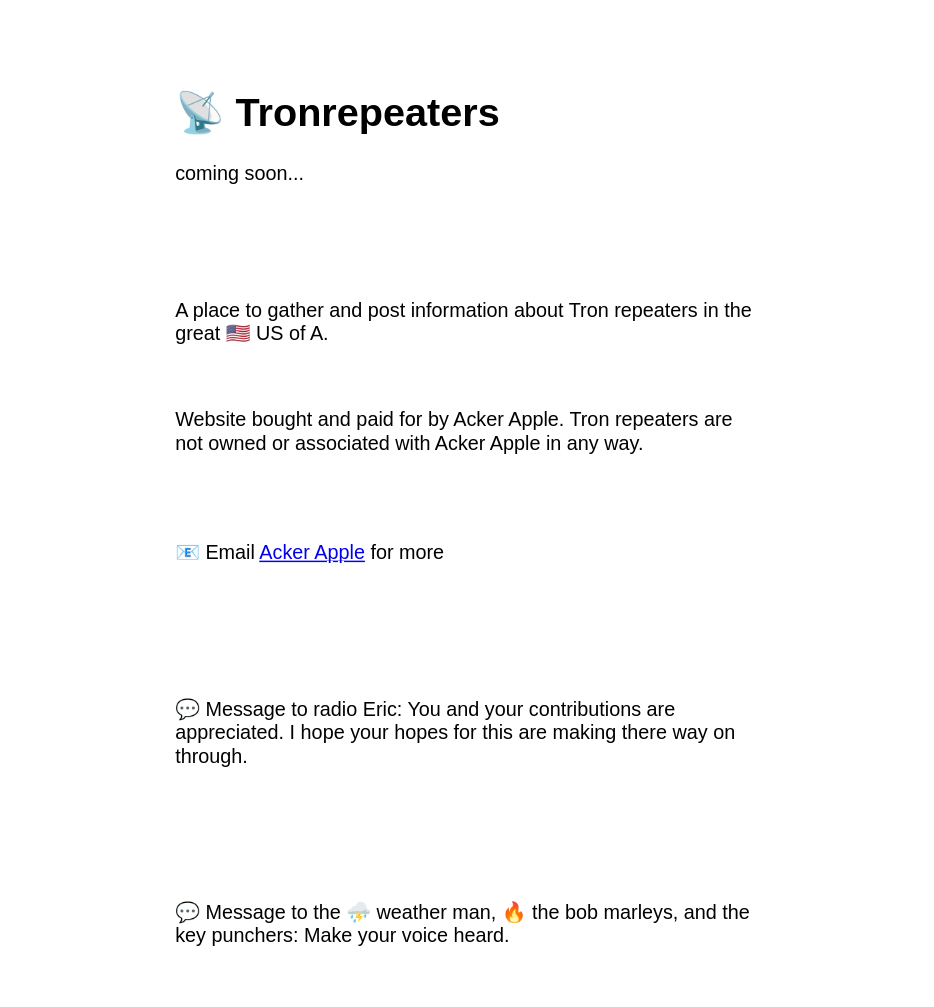
Repository: AckerApple/tronrepeaters
Page: index.html
The author's editor kept a copy of each file at every save. The page is drawn from the files as they stood at one save, then again after the next save.
The browser window is 1280 px wide. The pictures show the whole page, at 73% of full size.

Above is the page before, as saved 2025-01-15 13:54:16.

### index.html
<!DOCTYPE html>
<html lang="en">
<head>
  <title>App</title>
  <meta charset="UTF-8" />
  <meta name="viewport" content="viewport-fit=cover, width=device-width, initial-scale=1, maximum-scale=1, minimum-scale=1, user-scalable=0" />
  <meta name="apple-mobile-web-app-title" content="App" />
  <meta name="apple-mobile-web-app-capable" content="yes" />
  <meta name="apple-mobile-web-app-status-bar-style" content="black" />
  <!-- emoji as favicon -->
  <link rel="icon" href="data:[embedded picture, 141 characters]" />
  <style>
    * {box-sizing:border-box;}
    html, body{width:100%;height:100%;padding:0;margin:0;font-family: Arial, Helvetica, sans-serif;}
    html {scroll-behavior:smooth;font-size:calc(22px + .4vw);}
    input[type="checkbox"], input[type="radio"] {width:1em;height:1em;}
    select, textarea, button, input {padding:.5vw;border-radius:.5vw;font-size:.9em;}
    a, summary {cursor: pointer}
  </style>
</head>
<body>
  <noscript style="color:red">Javascript is required but is turned off on your device</noscript>
  <div style="display: flex;justify-content: center;">
    <div style="max-width: 800px;margin:2em;">
      <h1> 📡 Tronrepeaters</h1>
      <div>coming soon...</div>
      <br /><br /><br /><br />
      <p>A place to gather and post information about Tron repeaters in the great 🇺🇸 US of A.</p>
      <br />
      <p>Website bought and paid for by Acker Apple. Tron repeaters are not owned or associated with Acker Apple in any way.</p>
      <br /><br />
      <p>📧 Email <a href="mailto:me@ackerapple.com?subject=TronRepeaters">Acker Apple</a> for more</p>
      <br /><br /><br /><br />
      <p>💬 Message to radio Eric: You and your contributions are appreciated. I hope your hopes for this are making there way on through.</p>
      <br /><br /><br /><br />
      <p>💬 Message to the ⛈️ weather man, 🔥 the bob marleys, and the key punchers: Make your voice heard.</p>
    </div>
  </div>
</body>
</html>

After the next save:
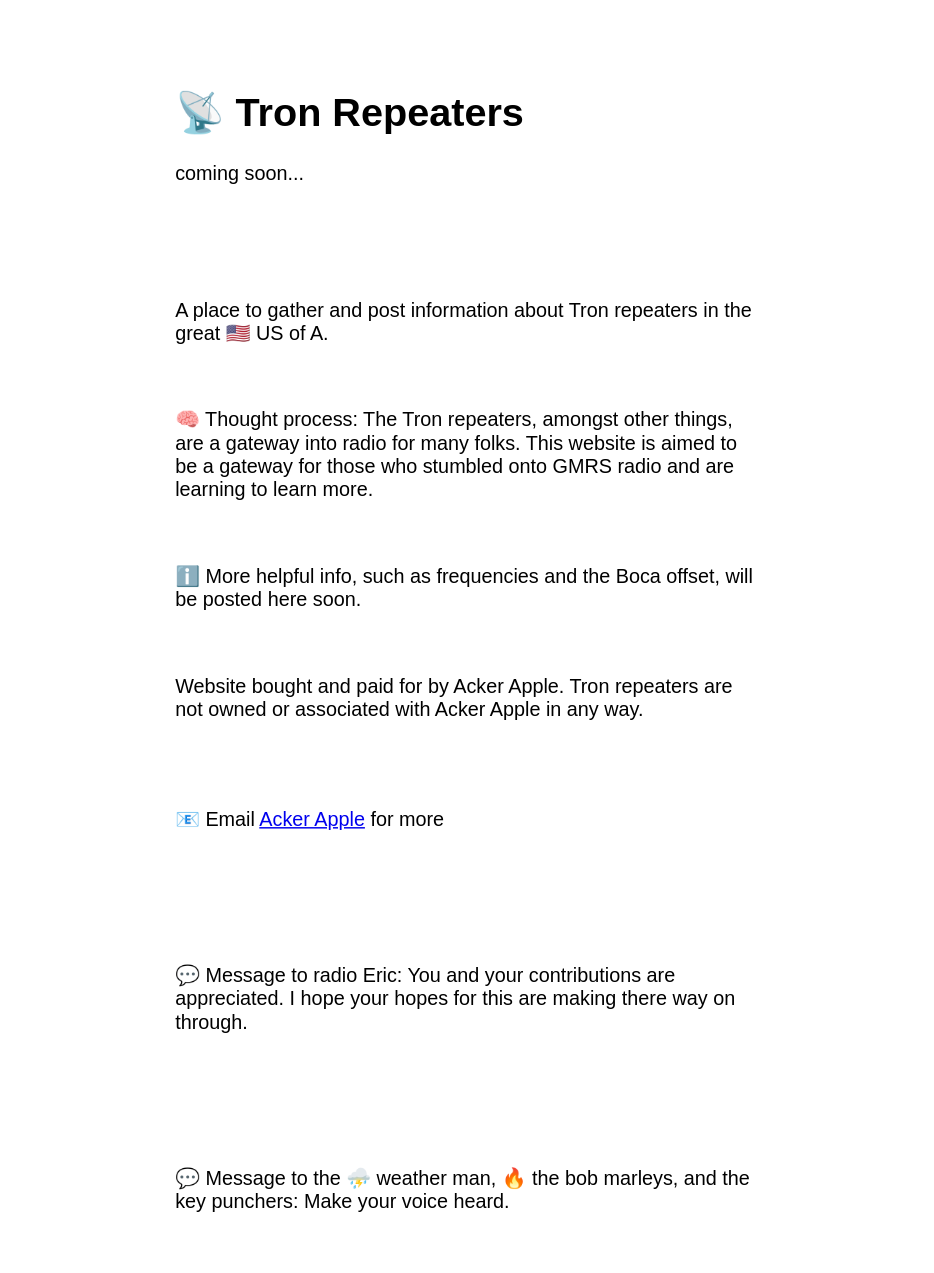
Saved 9 min 5 s later.
--- a/index.html
+++ b/index.html
@@ -22,10 +22,14 @@
   <noscript style="color:red">Javascript is required but is turned off on your device</noscript>
   <div style="display: flex;justify-content: center;">
     <div style="max-width: 800px;margin:2em;">
-      <h1> 📡 Tronrepeaters</h1>
+      <h1> 📡 Tron Repeaters</h1>
       <div>coming soon...</div>
       <br /><br /><br /><br />
       <p>A place to gather and post information about Tron repeaters in the great 🇺🇸 US of A.</p>
+      <br />
+      <p>🧠 Thought process: The Tron repeaters, amongst other things, are a gateway into radio for many folks. This website is aimed to be a gateway for those who stumbled onto GMRS radio and are learning to learn more.</p>
+      <br />
+      <p>ℹ️ More helpful info, such as frequencies and the Boca offset, will be posted here soon.</p>
       <br />
       <p>Website bought and paid for by Acker Apple. Tron repeaters are not owned or associated with Acker Apple in any way.</p>
       <br /><br />
